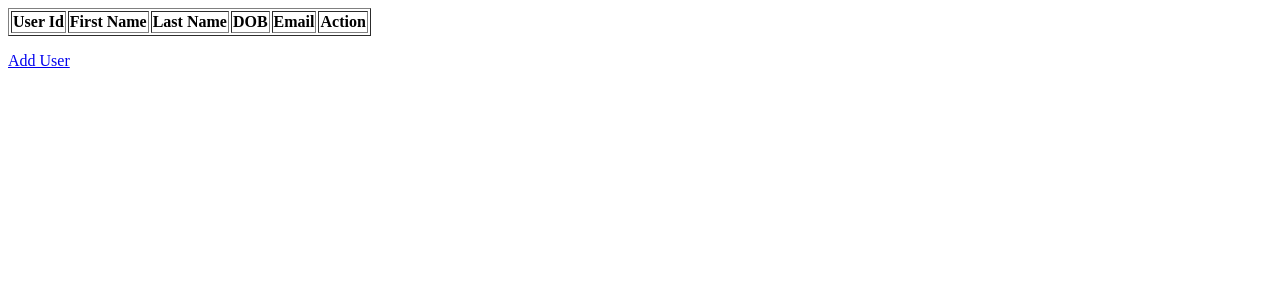
Repository: alejandrovillegas/AdminisistradorEstudiantes
Page: http://localhost/Estudiante/
These files come from the project's save history. The page is drawn as it stood at one moment and after the next save; the edit follows.
The browser window is 1280 px wide. The pictures show the whole page.
The page is served by Tomcat 9. Other server files are loaded and not shown. Queries for data that is not in the repository find no rows.

Above is the page before, as saved 2015-02-12 12:48:44.

### Estudiante/WebContent/index.jsp
<%@ page language="java" contentType="text/html; charset=EUC-KR" pageEncoding="EUC-KR"%>
<!DOCTYPE html PUBLIC "-//W3C//DTD HTML 4.01 Transitional//EN" "http://www.w3.org/TR/html4/loose.dtd">
<html>
<head>
<meta http-equiv="Content-Type" content="text/html; charset=EUC-KR">
<title>Administrator</title>
</head>
<body>
<jsp:forward page="/UserController?action=listUser" />
</body>
</html>

### Estudiante/WebContent/listUser.jsp
<%@ page language="java" contentType="text/html; charset=EUC-KR" pageEncoding="EUC-KR"%>
<%@ taglib uri="http://java.sun.com/jsp/jstl/core" prefix="c"%>
<%@ taglib uri="http://java.sun.com/jsp/jstl/fmt" prefix="fmt"%>
<!DOCTYPE html PUBLIC "-//W3C//DTD HTML 4.01 Transitional//EN" "http://www.w3.org/TR/html4/loose.dtd">
<html>
<head>
	<meta http-equiv="Content-Type" content="text/html; charset=EUC-KR">
	<title>Show All Users</title>
</head>
<body>
	<table border=1>
	<thead>
		<tr>
			<th>User Id</th>
			<th>First Name</th>
			<th>Last Name</th>
			<th>DOB</th>
			<th>Email</th>
			<th colspan=2>Action</th>
		</tr>
	</thead>
	<tbody>
	<c:forEach items="${users}" var="user">
		<tr>
			<td><c:out value="${user.userid}" /></td>
			<td><c:out value="${user.firstName}" /></td>
			<td><c:out value="${user.lastName}" /></td>
			<td><fmt:formatDate pattern="yyyy-MMM-dd" value="${user.dob}" /></td>
			<td><c:out value="${user.email}" /></td>
			<td><a href="UserController?action=edit&userId=<c:out value="${user.userid}"/>">Update</a></td>
			<td><a href="UserController?action=delete&userId=<c:out value="${user.userid}"/>">Delete</a></td>
		</tr>
		</c:forEach>
	</tbody>
	</table>
	<p><a href="UserController?action=insert">Add User</a></p>
</body>
</html>

### Estudiante/src/com/estudiante/util/DbUtil.java
package com.estudiante.util;

import java.io.FileNotFoundException;
import java.io.IOException;
import java.io.InputStream;
import java.sql.Connection;
import java.sql.DriverManager;
import java.sql.SQLException;
import java.util.Properties;

public class DbUtil {

	private static Connection connection = null;

public static Connection getConnection() {
	if (connection != null)
		return connection;
	else {
		try {
			Properties prop = new Properties();
			InputStream inputStream = DbUtil.class.getClassLoader().getResourceAsStream("/db.properties");
			prop.load(inputStream);
            String driver = prop.getProperty("driver");
            String url = prop.getProperty("url");
            String user = prop.getProperty("user");
            String password = prop.getProperty("password");
			Class.forName(driver);
			connection = DriverManager.getConnection(url, user, password);
		} catch (ClassNotFoundException e) {
			e.printStackTrace();
		} catch (SQLException e) {
			e.printStackTrace();
		} catch (FileNotFoundException e) {
			e.printStackTrace();
		} catch (IOException e) {
			e.printStackTrace();
		}
		return connection;
		}
	}

}

After the next save:
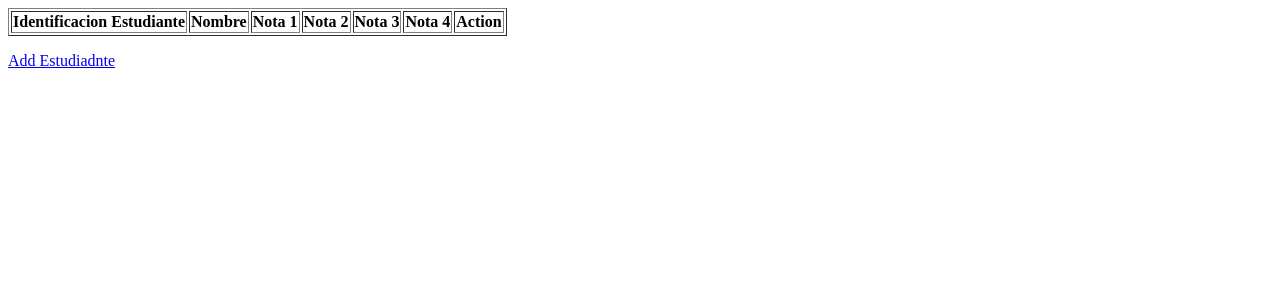
Saved 6 min 55 s later.
--- a/Estudiante/WebContent/listUser.jsp
+++ b/Estudiante/WebContent/listUser.jsp
@@ -11,28 +11,30 @@
 	<table border=1>
 	<thead>
 		<tr>
-			<th>User Id</th>
-			<th>First Name</th>
-			<th>Last Name</th>
-			<th>DOB</th>
-			<th>Email</th>
+			<th>Identificacion Estudiante</th>
+			<th>Nombre</th>
+			<th>Nota 1</th>
+			<th>Nota 2</th>
+			<th>Nota 3</th>
+			<th>Nota 4</th>
 			<th colspan=2>Action</th>
 		</tr>
 	</thead>
 	<tbody>
 	<c:forEach items="${users}" var="user">
 		<tr>
-			<td><c:out value="${user.userid}" /></td>
-			<td><c:out value="${user.firstName}" /></td>
-			<td><c:out value="${user.lastName}" /></td>
-			<td><fmt:formatDate pattern="yyyy-MMM-dd" value="${user.dob}" /></td>
-			<td><c:out value="${user.email}" /></td>
-			<td><a href="UserController?action=edit&userId=<c:out value="${user.userid}"/>">Update</a></td>
-			<td><a href="UserController?action=delete&userId=<c:out value="${user.userid}"/>">Delete</a></td>
+			<td><c:out value="${user.id}" /></td>
+			<td><c:out value="${user.nombre}" /></td>
+			<td><c:out value="${user.n1}" /></td>
+			<td><c:out value="${user.n2}" /></td>
+			<td><c:out value="${user.n3}" /></td>
+			<td><c:out value="${user.n4}" /></td>
+			<td><a href="UserController?action=edit&userId=<c:out value="${user.id}"/>">Update</a></td>
+			<td><a href="UserController?action=delete&userId=<c:out value="${user.id}"/>">Delete</a></td>
 		</tr>
 		</c:forEach>
 	</tbody>
 	</table>
-	<p><a href="UserController?action=insert">Add User</a></p>
+	<p><a href="UserController?action=insert">Add Estudiadnte</a></p>
 </body>
 </html>
